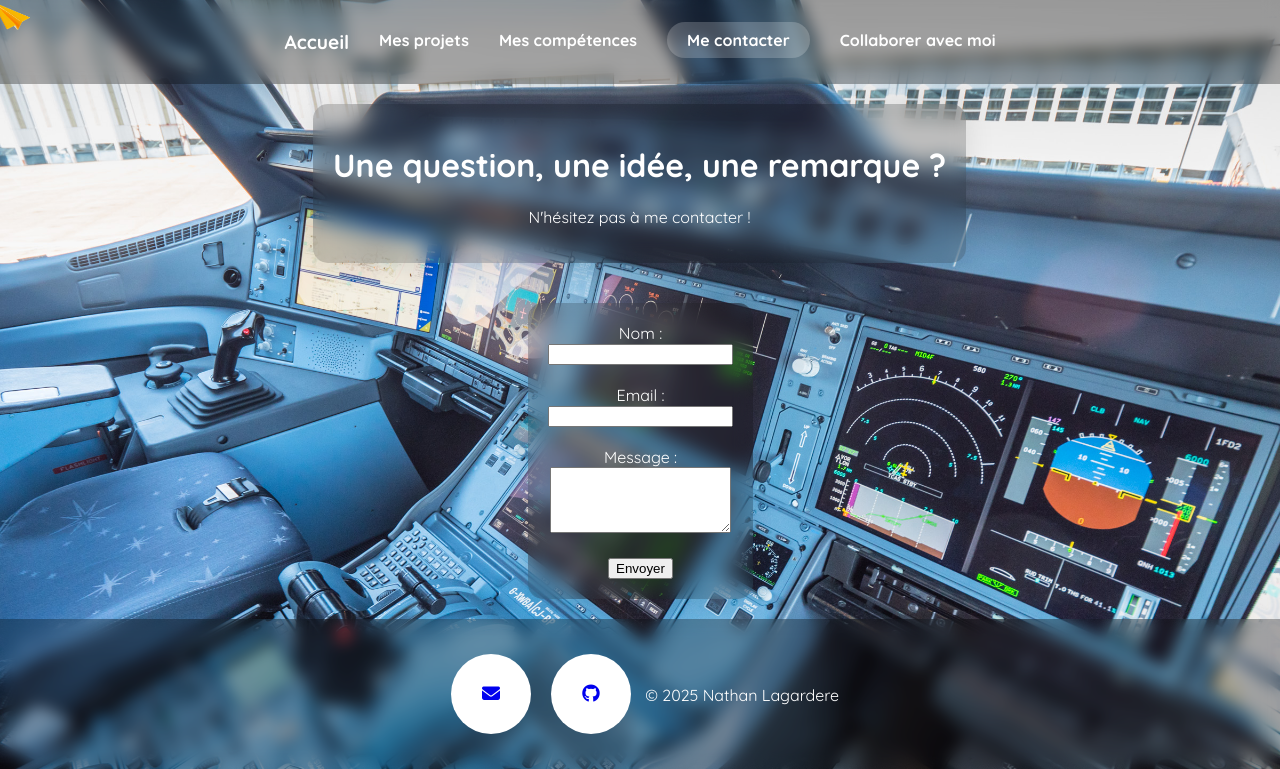
Repository: nlagardere/myportfolio
Page: contact.html
These files come from the project's save history. The page is drawn as it stood at one moment and after a run of saves; the edit follows.
The browser window is 1280 px wide. The pictures show the whole page.

Above is the page before, as saved 2025-09-07 11:07:13.

After the next 2 saves:
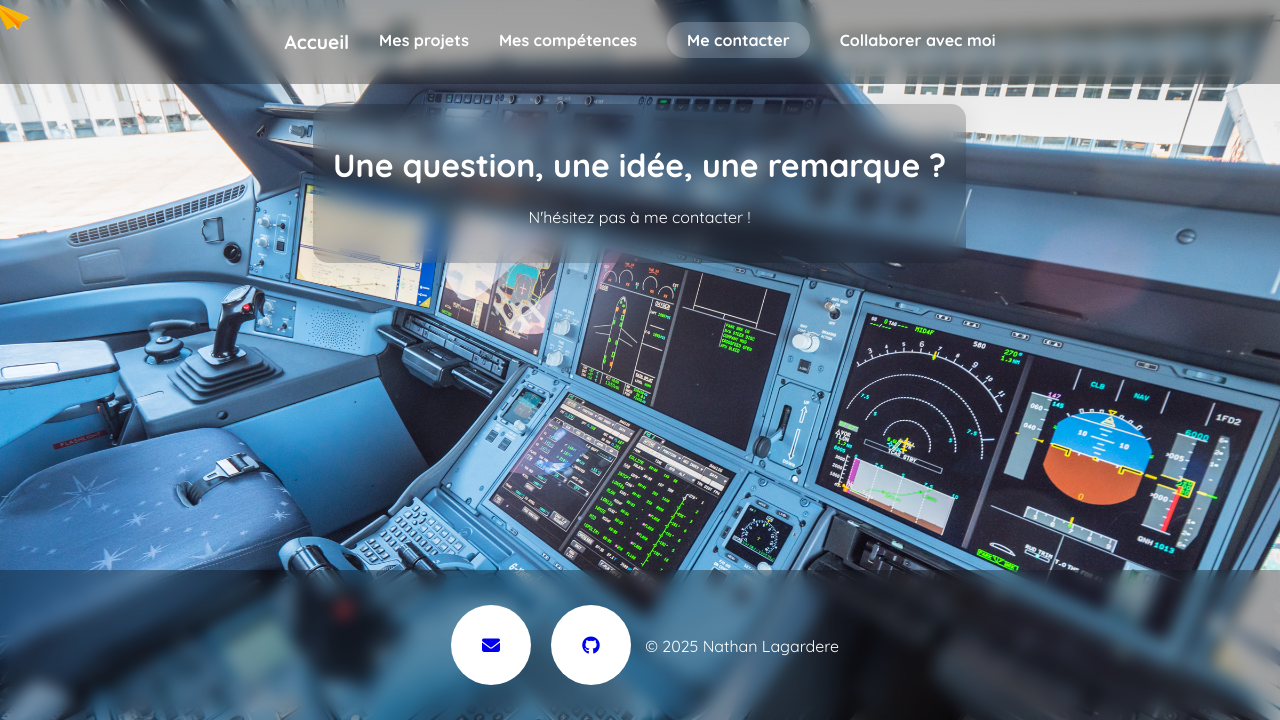
The 2 saves are shown as one change because they came seconds apart.
The last was saved 65 s later.
--- a/contact.html
+++ b/contact.html
@@ -243,15 +243,7 @@
     <h1>Une question, une idée, une remarque ?</h1>
     <p>N'hésitez pas à me contacter !</p>
     </div>
-  <form class="glasscard" action="mailto:nathan.lagardere@gmail.com>
-    <label for="name">Nom :</label><br>
-    <input type="text" id="name" name="name" required><br><br>
-    <label for="email">Email :</label><br>
-    <input type="email" id="email" name="email" required><br><br>
-    <label for="message">Message :</label><br>
-    <textarea id="message" name="message" rows="4" required></textarea><br><br>
-    <input type="submit" value="Envoyer">
-  </form>
+
   <div class="footer">
     <ul class="wrapper">
       <li class="icon mail">
